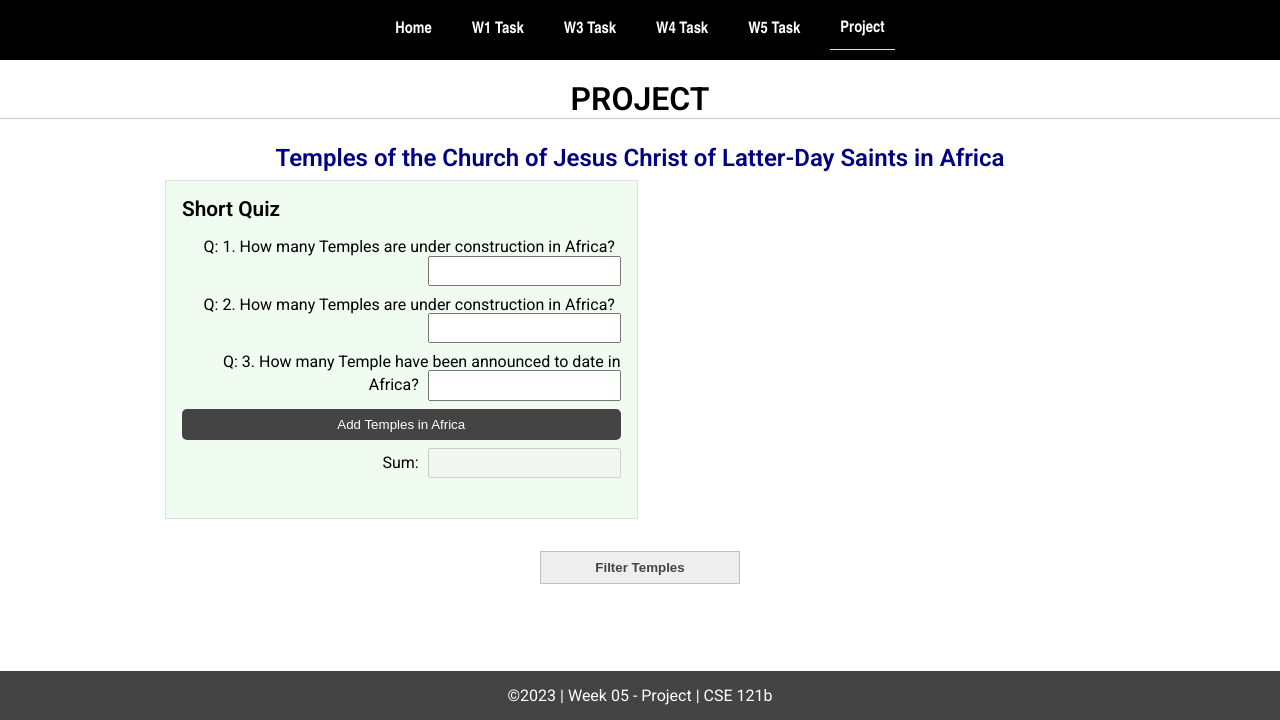
Repository: mszakutumela/cse121b
Page: Project/project.html
These files come from the project's save history. The page is drawn as it stood at one moment and after a run of saves; the edit follows.
The browser window is 1280 px wide. The pictures show the whole page.

Above is the page before, as saved 2023-10-24 15:12:43.

After the next 2 saves:
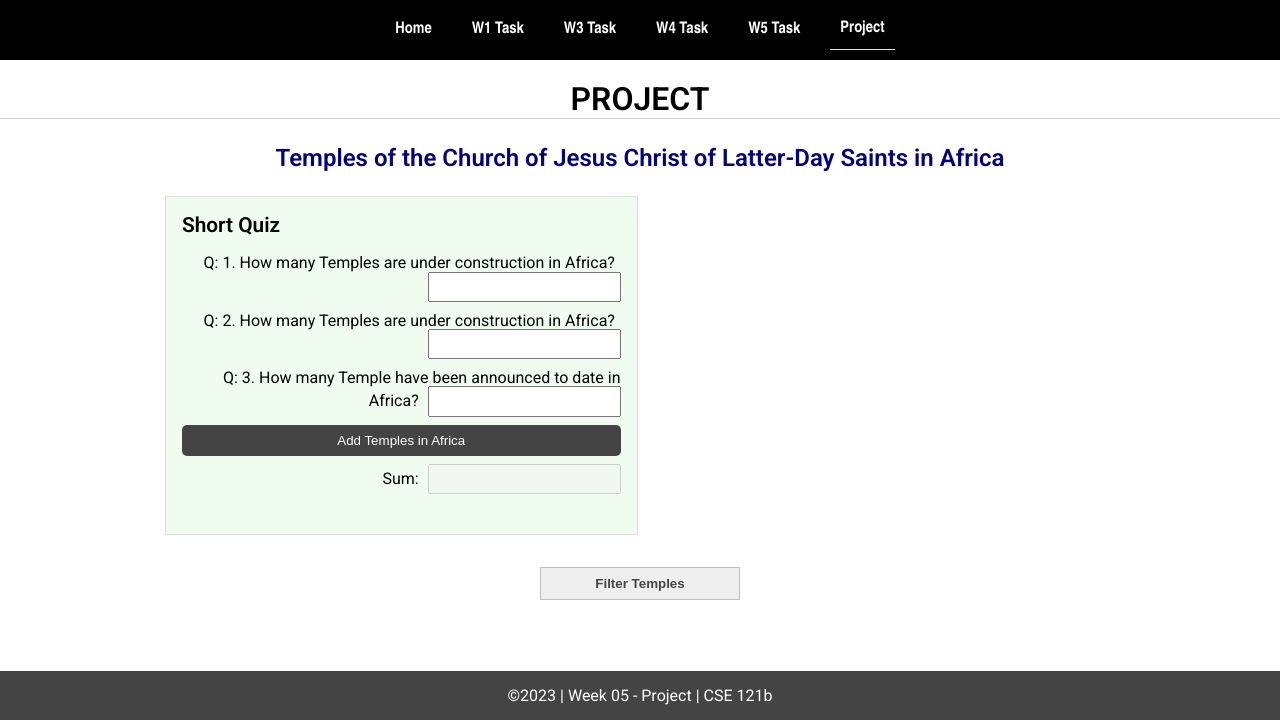
The 2 saves are shown as one change because they came seconds apart.
The last was saved 2 min 16 s later.
--- a/Project/styles/main.css
+++ b/Project/styles/main.css
@@ -211,6 +211,7 @@
 
 #section1 {
     background-color: rgb(225, 250, 225, .5);
+    margin: 1rem auto;
 }
 
 #section2 {
